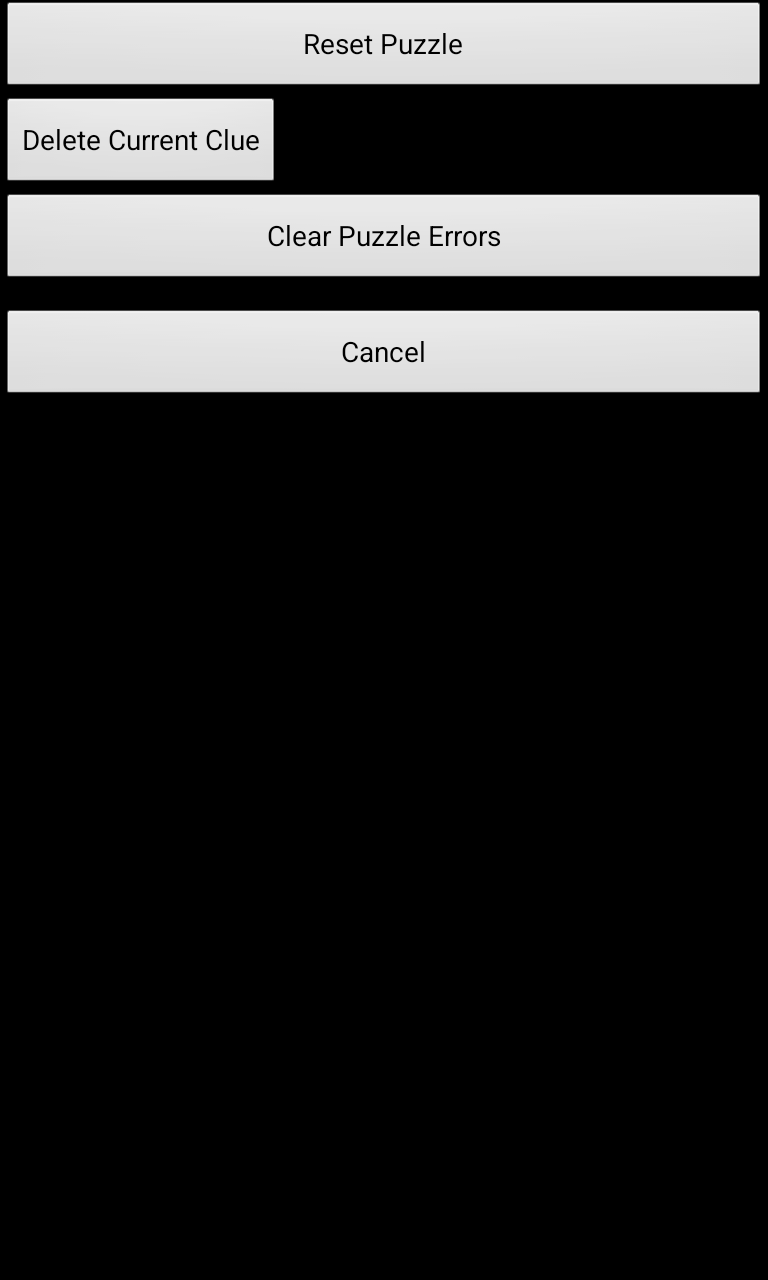
Repository: simplesns/workspace
Layout: eclipse/DEPuzzles/res/layout/dialog_crosswords_clear.xml
The author's editor kept a copy of each file at every save. The layout is drawn from the files as they stood at one save, then again after the next save.
It is drawn on a 768 x 1280 px phone screen (xhdpi) without system bars, with theme android:Theme; the app's code is not run.

Above is the layout before, as saved 2011-01-28 07:00:13.

After the next save:
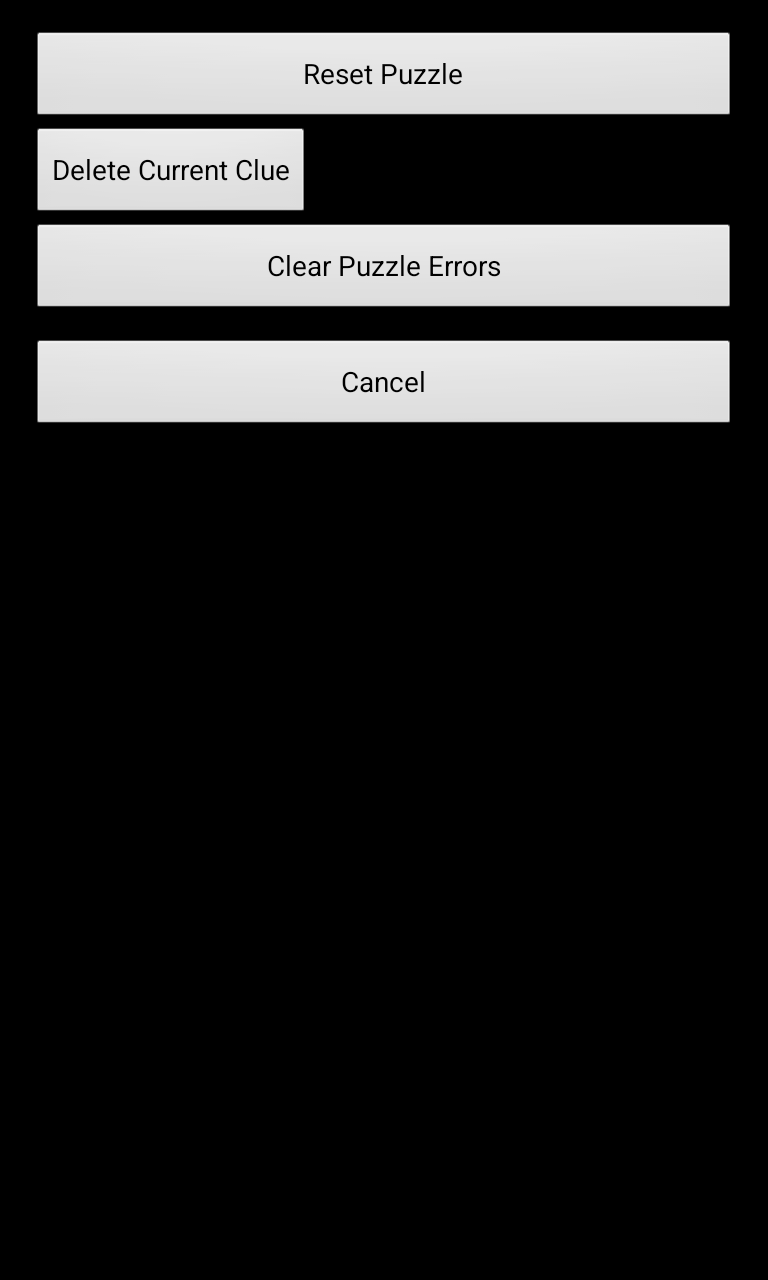
Saved 44 s later.
--- a/eclipse/DEPuzzles/res/layout/dialog_crosswords_clear.xml
+++ b/eclipse/DEPuzzles/res/layout/dialog_crosswords_clear.xml
@@ -1,7 +1,7 @@
 <?xml version="1.0" encoding="utf-8"?>
 <LinearLayout
   xmlns:android="http://schemas.android.com/apk/res/android"
-  android:layout_width="wrap_content" android:layout_height="wrap_content" android:orientation="vertical">
+  android:layout_width="wrap_content" android:layout_height="wrap_content" android:orientation="vertical" android:paddingLeft="15dip" android:paddingRight="15dip" android:paddingBottom="15dip" android:paddingTop="15dip">
 <Button android:id="@+id/Button01" android:layout_height="wrap_content" android:text="Reset Puzzle" android:layout_width="fill_parent"></Button>
 <Button android:id="@+id/Button04" android:layout_height="wrap_content" android:text="Delete Current Clue" android:layout_width="wrap_content"></Button><Button android:id="@+id/Button03" android:layout_height="wrap_content" android:text="Clear Puzzle Errors" android:layout_width="fill_parent"></Button><Button android:id="@+id/Button02" android:layout_height="wrap_content" android:text="Cancel" android:layout_width="fill_parent" android:layout_marginTop="10dip"></Button>
 
